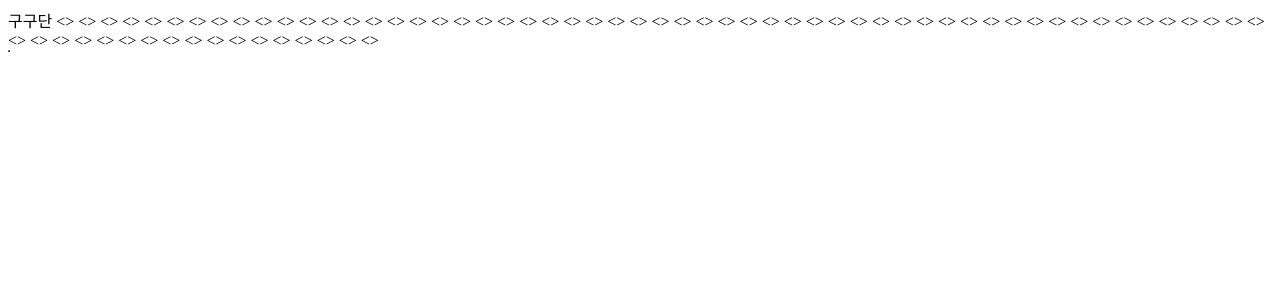
Repository: rjadmsekf13/20201113
Page: http://localhost/20201109/ex5_1.jsp
The author's editor kept a copy of each file at every save. The page is drawn from the files as they stood at one save, then again after the next save.
The browser window is 1280 px wide. The pictures show the whole page.
The page is served by Tomcat 9.

Above is the page before, as saved 2020-11-09 02:27:12.

After the next save:
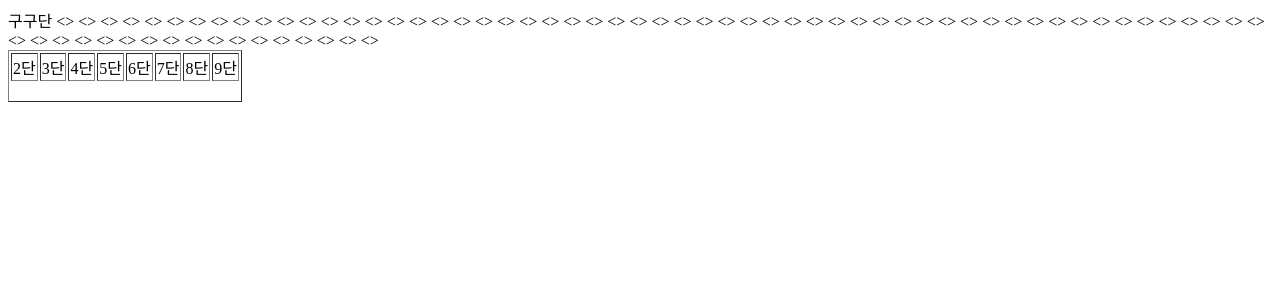
Saved 2 min 46 s later.
--- a/20201109/WebContent/ex5_1.jsp
+++ b/20201109/WebContent/ex5_1.jsp
@@ -9,6 +9,10 @@
 <body>
 	구구단
 	<table border="1">
+		<tr>
+			<td>2단</td><td>3단</td><td>4단</td><td>5단</td>
+			<td>6단</td><td>7단</td><td>8단</td><td>9단</td>
+		</tr>
 		<%
 		for (int j = 1; j <= 9; j++) {
 				out.println("<tr>");
